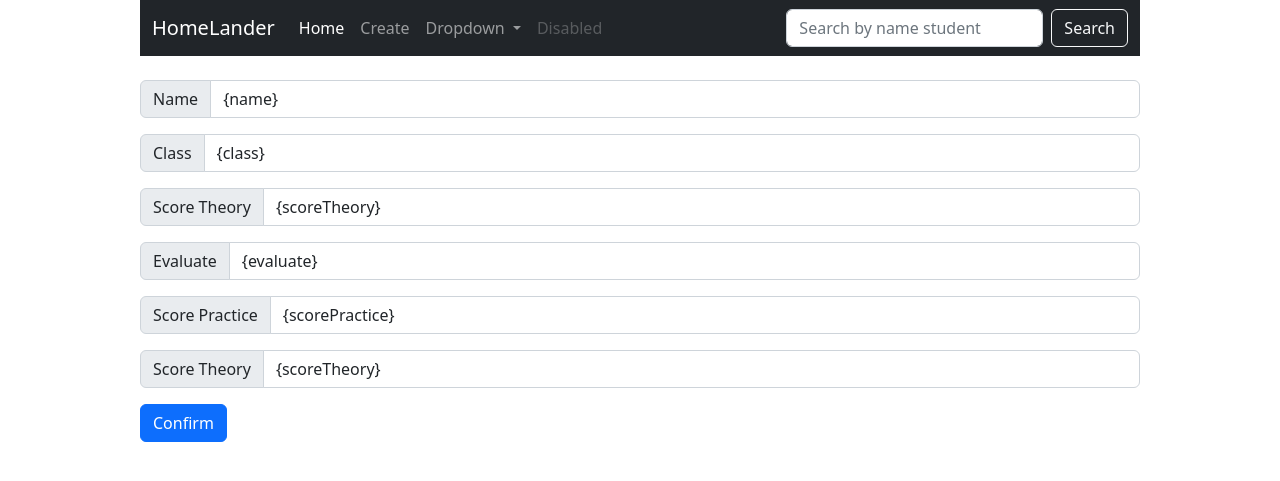
Repository: nguyenhung50497/MD3_thiThucHanh
Page: src/views/edit.html
An editor plug-in stored every save of this project. The page is shown before and after a run of saves, followed by the edit.
The browser window is 1280 px wide. The pictures show the whole page.

Above is the page before, as saved 2023-01-05 09:17:58.

### src/views/edit.html
<!doctype html>
<html lang="en">
  <head>
    <meta charset="utf-8">
    <meta name="viewport" content="width=device-width, initial-scale=1">
    <title>Home</title>
    <link href="https://cdn.jsdelivr.net/npm/bootstrap@5.2.3/dist/css/bootstrap.min.css" rel="stylesheet" integrity="sha384-rbsA2VBKQhggwzxH7pPCaAqO46MgnOM80zW1RWuH61DGLwZJEdK2Kadq2F9CUG65" crossorigin="anonymous">
  </head>
  <body>
    <div class="container" style="width: 80%;">
      <nav class="navbar navbar-dark bg-dark navbar-expand-lg">
        <div class="container-fluid">
          <a class="navbar-brand" href="/home">HomeLander</a>
          <button class="navbar-toggler" type="button" data-bs-toggle="collapse" data-bs-target="#navbarSupportedContent" aria-controls="navbarSupportedContent" aria-expanded="false" aria-label="Toggle navigation">
            <span class="navbar-toggler-icon"></span>
          </button>
          <div class="collapse navbar-collapse" id="navbarSupportedContent">
            <ul class="navbar-nav me-auto mb-2 mb-lg-0">
              <li class="nav-item">
                <a class="nav-link active" aria-current="page" href="/home">Home</a>
              </li>
              <li class="nav-item">
                <a class="nav-link" href="/student/create">Create</a>
              </li>
              <li class="nav-item dropdown">
                <a class="nav-link dropdown-toggle" href="#" role="button" data-bs-toggle="dropdown" aria-expanded="false">
                  Dropdown
                </a>
                <ul class="dropdown-menu">
                  <li><a class="dropdown-item" href="#">Action</a></li>
                  <li><a class="dropdown-item" href="#">Another action</a></li>
                  <li><hr class="dropdown-divider"></li>
                  <li><a class="dropdown-item" href="#">Something else here</a></li>
                </ul>
              </li>
              <li class="nav-item">
                <a class="nav-link disabled">Disabled</a>
              </li>
            </ul>
            <form class="d-flex" role="search" method="post">
              <input class="form-control me-2" name="search" type="search" placeholder="Search by name student" aria-label="Search">
              <button class="btn btn-outline-light" type="submit">Search</button>
            </form>
          </div>
        </div>
      </nav>
      <br>
      <form action="" method="post">
        <div class="input-group mb-3">
          <span class="input-group-text" id="inputGroup-sizing-default">Name</span>
          <input type="text" name="name" value="{name}" class="form-control" aria-label="Sizing example input" aria-describedby="inputGroup-sizing-default">
        </div>
        <div class="input-group mb-3">
          <span class="input-group-text" id="inputGroup-sizing-default">Class</span>
          <input type="text" name="age" value="{class}" class="form-control" aria-label="Sizing example input" aria-describedby="inputGroup-sizing-default">
        </div>
        <div class="input-group mb-3">
          <span class="input-group-text" id="inputGroup-sizing-default">Score Theory</span>
          <input type="text" name="address" value="{scoreTheory}" class="form-control" aria-label="Sizing example input" aria-describedby="inputGroup-sizing-default">
        </div>
        <div class="input-group mb-3">
          <span class="input-group-text" id="inputGroup-sizing-default">Evaluate</span>
          <input type="text" name="address" value="{evaluate}" class="form-control" aria-label="Sizing example input" aria-describedby="inputGroup-sizing-default">
        </div>
        <div class="input-group mb-3">
          <span class="input-group-text" id="inputGroup-sizing-default">Score Practice</span>
          <input type="text" name="address" value="{scorePractice}" class="form-control" aria-label="Sizing example input" aria-describedby="inputGroup-sizing-default">
        </div>
        <div class="input-group mb-3">
          <span class="input-group-text" id="inputGroup-sizing-default">Score Theory</span>
          <input type="text" name="address" value="{scoreTheory}" class="form-control" aria-label="Sizing example input" aria-describedby="inputGroup-sizing-default">
        </div>
        <button type="button" class="btn btn-primary">Confirm</button>
      </form>
    </div>
    <script src="https://cdn.jsdelivr.net/npm/bootstrap@5.2.3/dist/js/bootstrap.bundle.min.js" integrity="sha384-kenU1KFdBIe4zVF0s0G1M5b4hcpxyD9F7jL+jjXkk+Q2h455rYXK/7HAuoJl+0I4" crossorigin="anonymous"></script>
  </body>
</html>

After the next 10 saves:
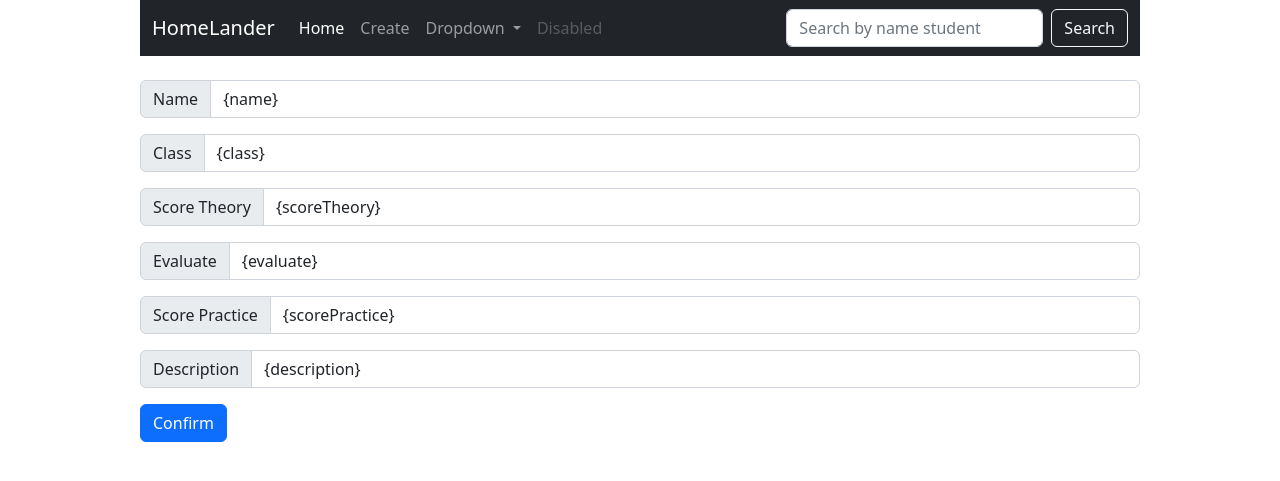
The 10 saves are shown as one change because they came seconds apart.
The last was saved 31 s later.
--- a/src/views/edit.html
+++ b/src/views/edit.html
@@ -52,23 +52,23 @@
         </div>
         <div class="input-group mb-3">
           <span class="input-group-text" id="inputGroup-sizing-default">Class</span>
-          <input type="text" name="age" value="{class}" class="form-control" aria-label="Sizing example input" aria-describedby="inputGroup-sizing-default">
+          <input type="text" name="class" value="{class}" class="form-control" aria-label="Sizing example input" aria-describedby="inputGroup-sizing-default">
         </div>
         <div class="input-group mb-3">
           <span class="input-group-text" id="inputGroup-sizing-default">Score Theory</span>
-          <input type="text" name="address" value="{scoreTheory}" class="form-control" aria-label="Sizing example input" aria-describedby="inputGroup-sizing-default">
+          <input type="text" name="scoreTheory" value="{scoreTheory}" class="form-control" aria-label="Sizing example input" aria-describedby="inputGroup-sizing-default">
         </div>
         <div class="input-group mb-3">
           <span class="input-group-text" id="inputGroup-sizing-default">Evaluate</span>
-          <input type="text" name="address" value="{evaluate}" class="form-control" aria-label="Sizing example input" aria-describedby="inputGroup-sizing-default">
+          <input type="text" name="evaluate" value="{evaluate}" class="form-control" aria-label="Sizing example input" aria-describedby="inputGroup-sizing-default">
         </div>
         <div class="input-group mb-3">
           <span class="input-group-text" id="inputGroup-sizing-default">Score Practice</span>
-          <input type="text" name="address" value="{scorePractice}" class="form-control" aria-label="Sizing example input" aria-describedby="inputGroup-sizing-default">
+          <input type="text" name="scorePractice" value="{scorePractice}" class="form-control" aria-label="Sizing example input" aria-describedby="inputGroup-sizing-default">
         </div>
         <div class="input-group mb-3">
-          <span class="input-group-text" id="inputGroup-sizing-default">Score Theory</span>
-          <input type="text" name="address" value="{scoreTheory}" class="form-control" aria-label="Sizing example input" aria-describedby="inputGroup-sizing-default">
+          <span class="input-group-text" id="inputGroup-sizing-default">Description</span>
+          <input type="text" name="description" value="{description}" class="form-control" aria-label="Sizing example input" aria-describedby="inputGroup-sizing-default">
         </div>
         <button type="button" class="btn btn-primary">Confirm</button>
       </form>
